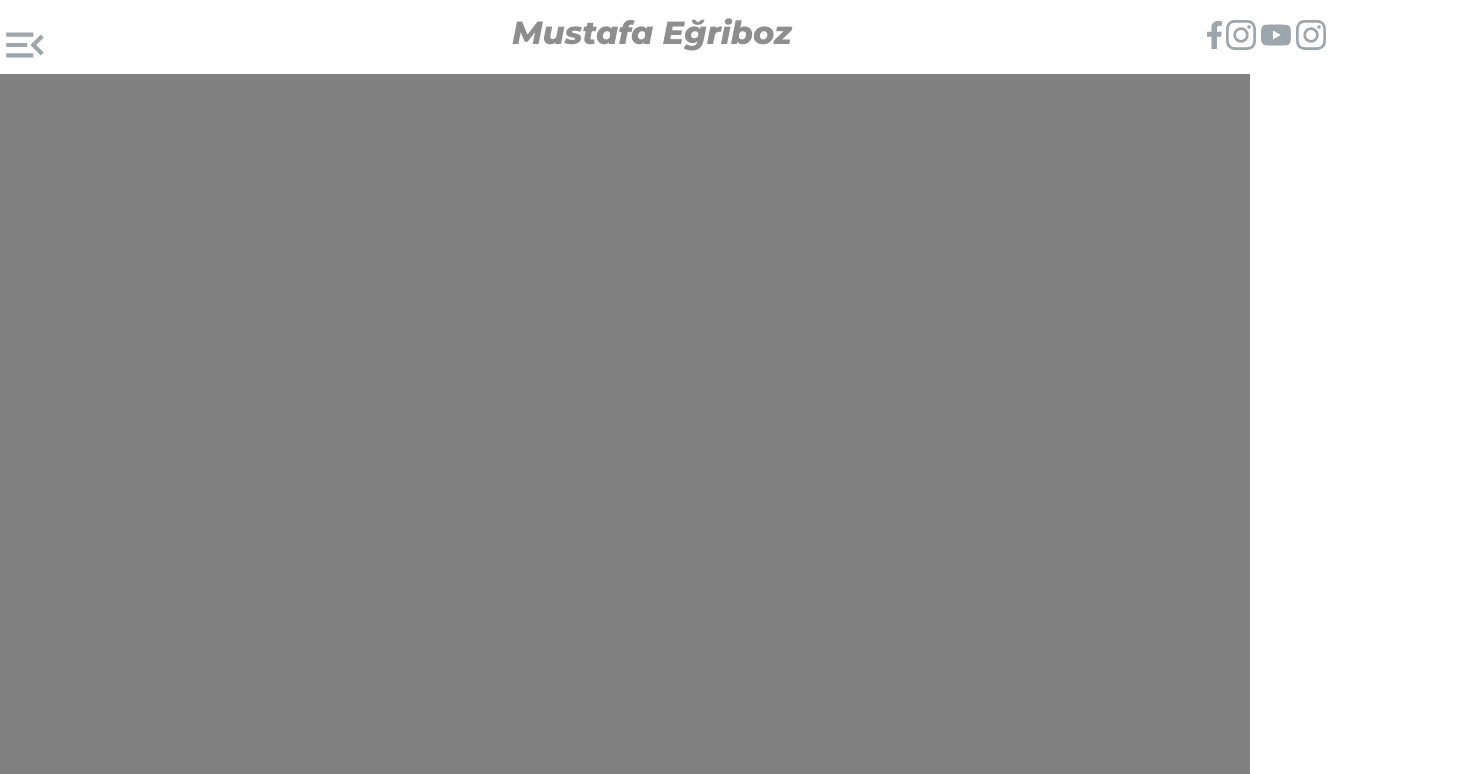
Repository: CengoCengo/m.e-gallery-web-site
Page: index.html
An editor plug-in stored every save of this project. The page is shown before and after the next save, followed by the edit.
The browser window is 1280 px wide. The page is 1326 px wide, then 1479 px, so the pictures cover 1479 px, including what lies to the right of the window. The pictures show the whole page.

Above is the page before, as saved 2021-02-06 15:01:18.
Console error: TypeError: Cannot read properties of null (reading 'style')

After the next save:
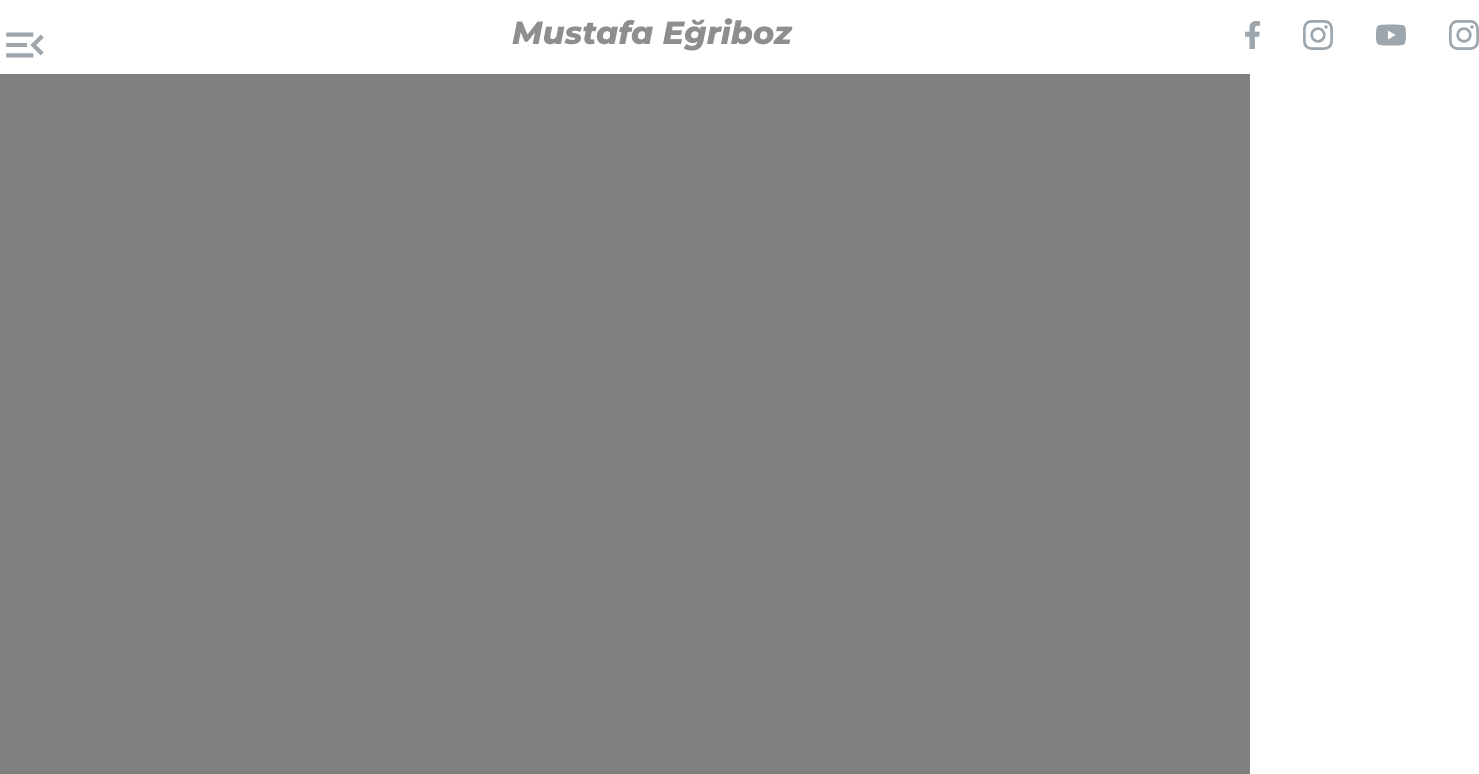
Saved 54 s later.
--- a/index.html
+++ b/index.html
@@ -24,22 +24,22 @@
       <h1>Mustafa Eğriboz</h1>
 
       <div class="social-media-container icon-social">
-        <a href=""
+        <a class = "icon-social" href=""
           ><img alt="Qries" src="images/icon/facebook-f-brands.svg" width=15"
           height="70"></a
         >
 
-        <a href=""
+        <a class = "icon-social" href=""
           ><img alt="Qries" src="images/icon/instagram-brands.svg" width=30"
           height="70"></a
         >
 
-        <a href=""
+        <a class = "icon-social"  href=""
           ><img alt="Qries" src="images/icon/youtube-brands.svg" width=30"
           height="70"></a
         >
 
-        <a href=""
+        <a class = "icon-social" href=""
           ><img alt="Qries" src="images/icon/instagram-brands.svg" width=30"
           height="70"></a
         >
